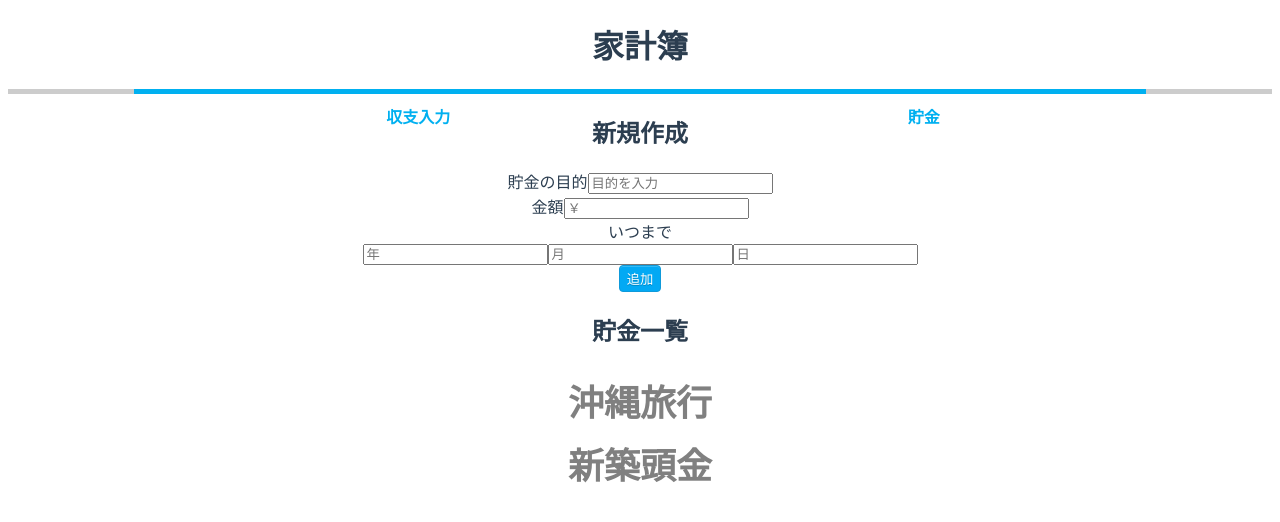
Repository: shellzu/kakeibo.app
Page: /#/savingsPage
These files come from the project's save history. The page is drawn as it stood at one moment and after a run of saves; the edit follows.
The browser window is 1280 px wide. The pictures show the whole page.
The project was rebuilt for these pictures with package versions that can differ from the ones it lists, and the page was loaded fresh each time. Also part of the build but not shown: src/components/AddButton.vue, src/components/BudgetDeleteButton.vue.

Above is the page before, as saved 2019-07-28 14:26:59.

After the next 2 saves:
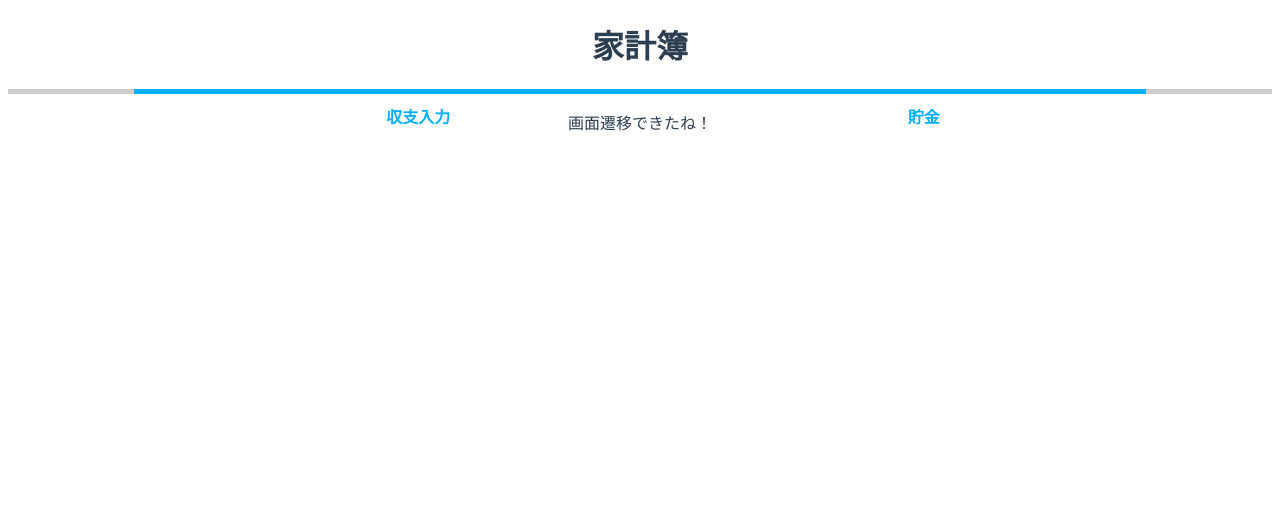
The 2 saves are shown as one change because 1 did not build or start.
The last was saved 99 s later.
--- a/src/components/SavingsPage.vue
+++ b/src/components/SavingsPage.vue
@@ -1,43 +1,7 @@
 <template>
   <div>
     <HeaderMenu></HeaderMenu>
-    <p>{{ message }}</p>
-    <div>
-      <h2>新規作成</h2>
-    </div>
-    <form>
-      <div class="msr_text_05">
-        <label>貯金の目的</label>
-        <input type="text" v-model="title" placeholder="目的を入力" />
-      </div>
-      <div class="msr_text_05">
-        <label>金額</label>
-        <input type="text" v-model="saving_money" placeholder="￥" />
-      </div>
-      <div class="msr_text_05_day">
-        <label>いつまで</label>
-        <br />
-        <input type="text" v-model="due_year" placeholder="年" />
-        <input type="text" v-model="due_month" placeholder="月" />
-        <input type="text" v-model="due_day" placeholder="日" />
-        <div>
-          <button v-on:click="entrySaving(index)">追加</button>
-        </div>
-      </div>
-    </form>
-    <div>
-      <h2>貯金一覧</h2>
-    </div>
-
-    <table align="center">
-      <tbody>
-        <tr v-for="(item, index) in items" :key="index">
-          <th class="saving_link">
-            <router-link to="/saving" class="cp_link">{{item.title}}</router-link>
-          </th>
-        </tr>
-      </tbody>
-    </table>
+    <p>画面遷移できたね！</p>
   </div>
 </template>
 <script>
